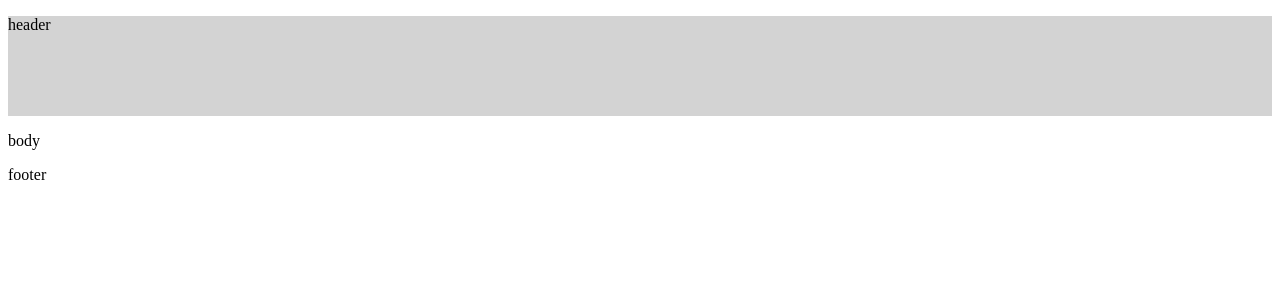
Repository: marllon-hetzler/Site-Salvatore-Barbearia
Page: home.html
These files come from the project's save history. The page is drawn as it stood at one moment and after the next save; the edit follows.
The browser window is 1280 px wide. The pictures show the whole page.

Above is the page before, as saved 2023-02-18 12:38:48.

After the next save:
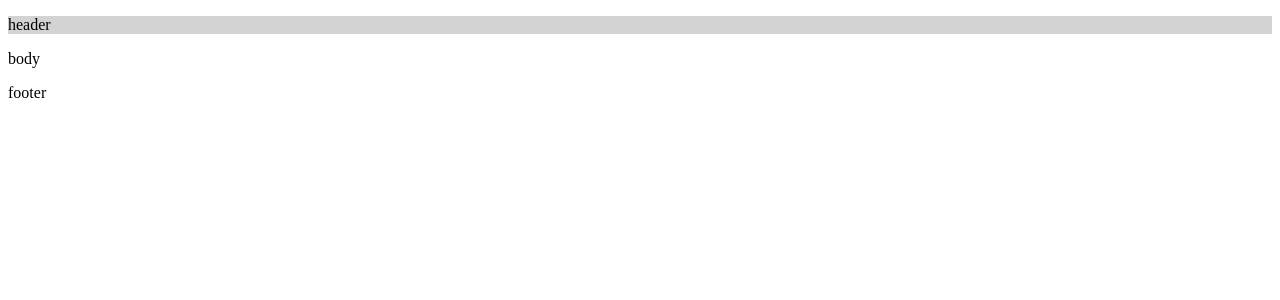
Saved 25 s later.
--- a/home.html
+++ b/home.html
@@ -12,7 +12,7 @@
     header{
         background-color: lightgray;
         width: 100%;
-        height: 100px;
+        height: 33,3%;
 
 
     }
